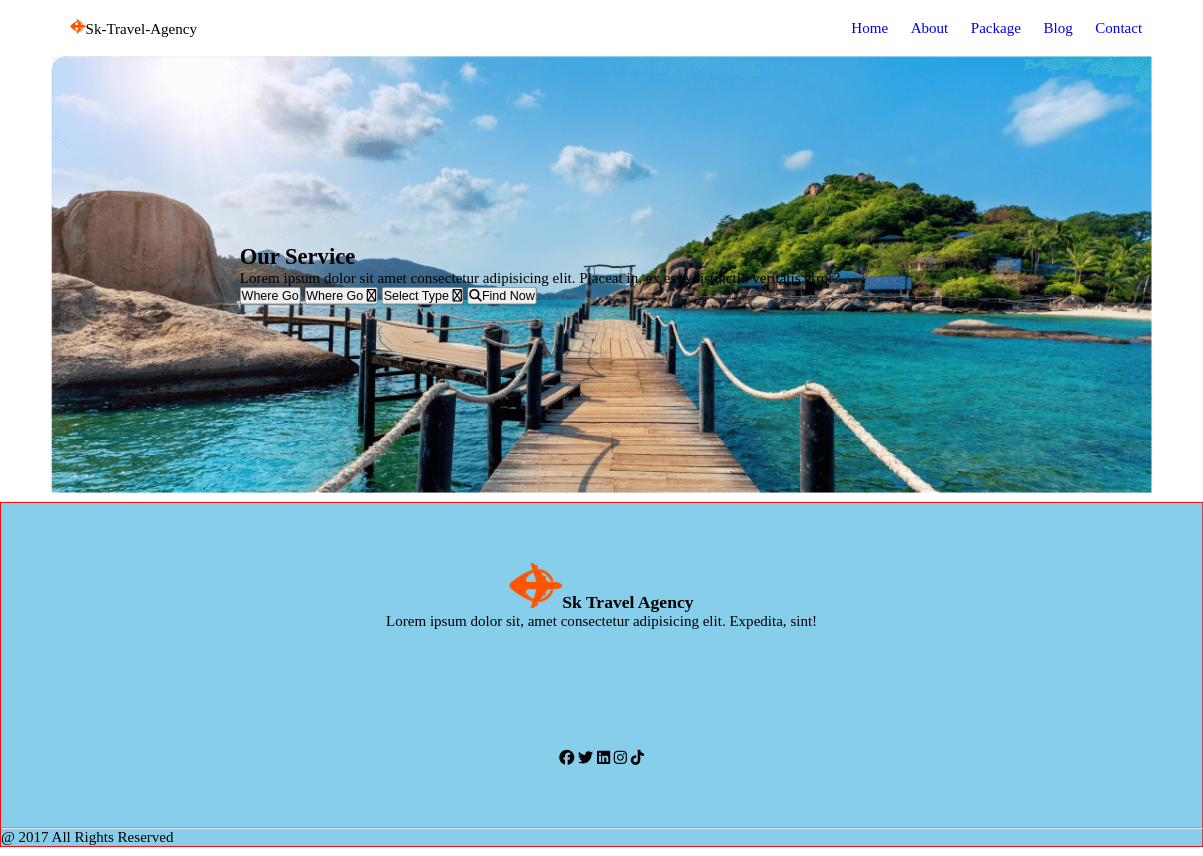
Repository: sumonkumarsarkar/Sk-Travel-Agency-
Page: index.html
An editor plug-in stored every save of this project. The page is shown before and after the next save, followed by the edit.
The browser window is 1280 px wide. The pictures show the whole page, at 94% of full size.

Above is the page before, as saved 2024-01-17 05:17:20.

After the next save:
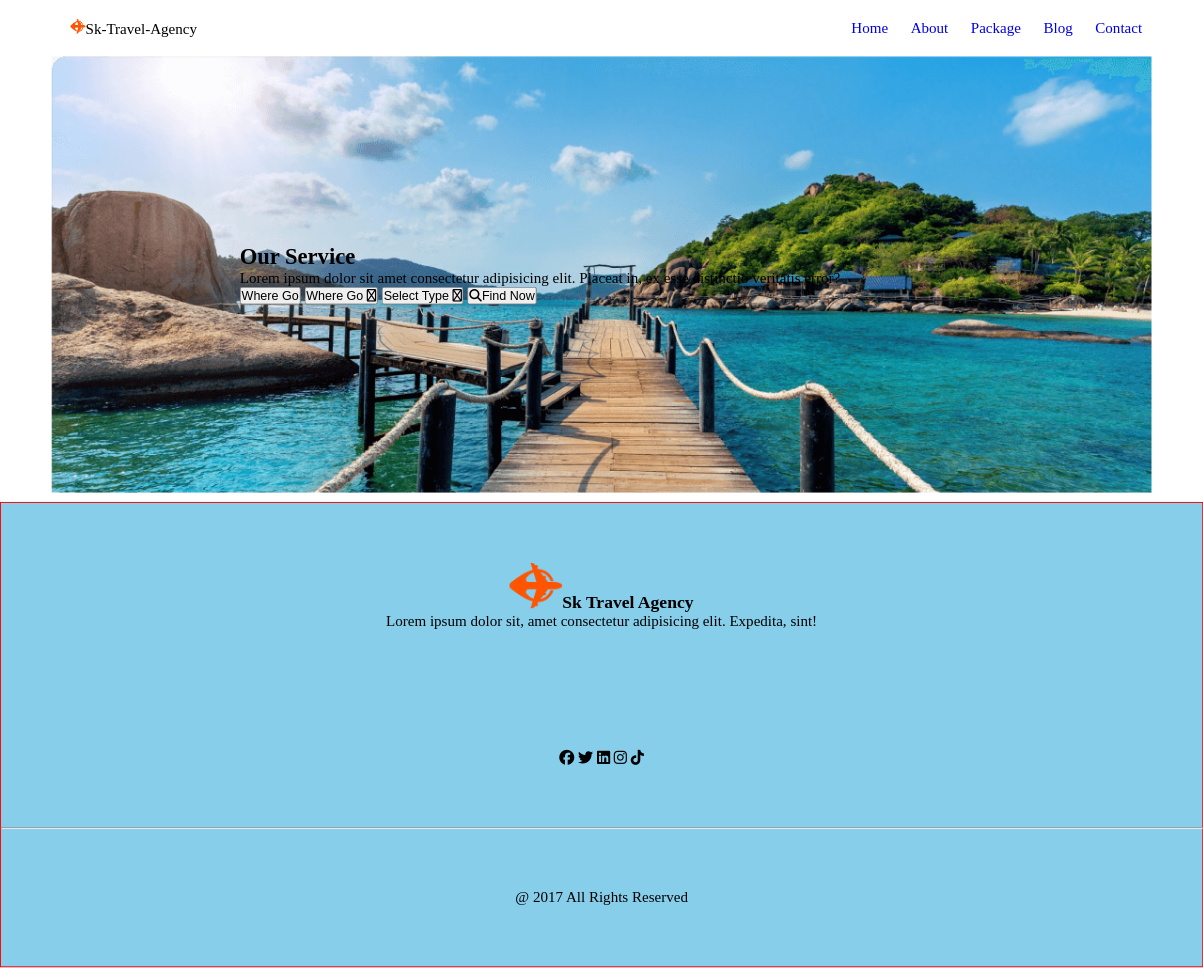
Saved 13 s later.
--- a/style.css
+++ b/style.css
@@ -70,7 +70,7 @@ padding: 4rem 4rem;
 
 
 }
-.container .icon-img{
+.container .last-text{
 text-align: center;
 padding: 4rem 4rem;
 
